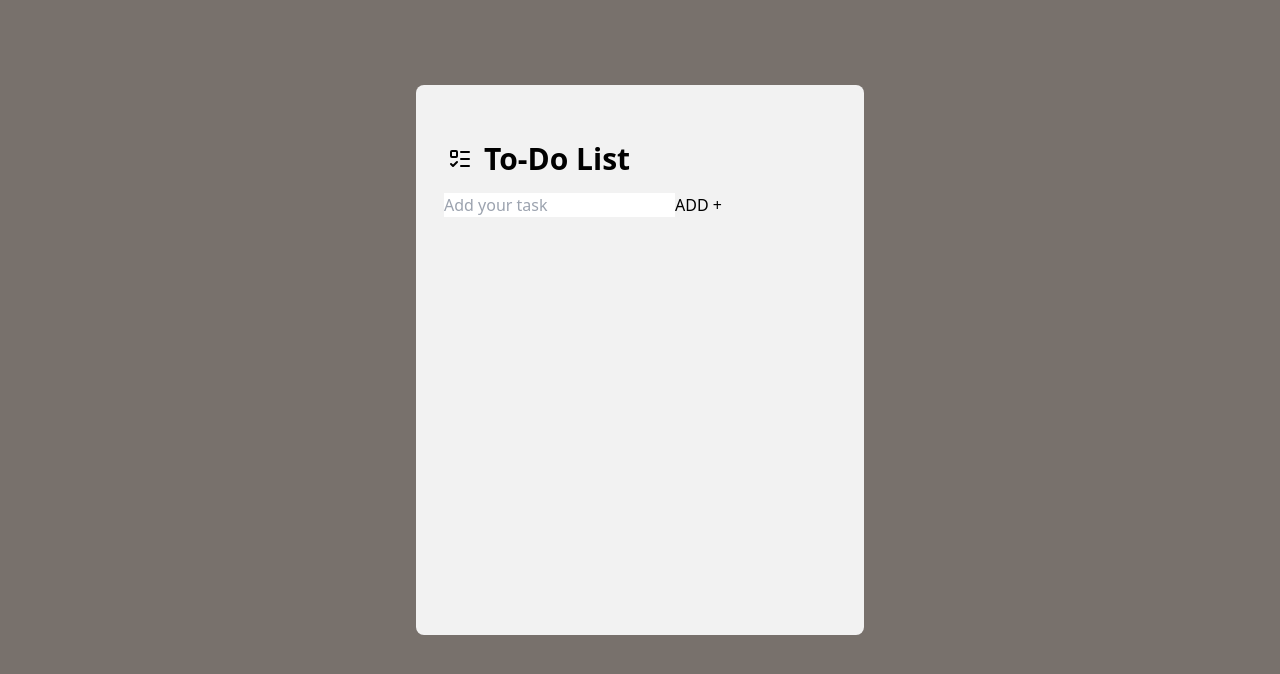
Repository: guilhermecardoso93/todolist-2025-tailwind
Page: /
These files come from the project's save history. The page is drawn as it stood at one moment and after the next save; the edit follows.
The browser window is 1280 px wide. The pictures show the whole page.
The project was rebuilt for these pictures with package versions that can differ from the ones it lists, and the page was loaded fresh each time. Also part of the build but not shown: vite.config.js.

Above is the page before, as saved 2024-11-07 20:00:22.

### index.html
<!doctype html>
<html lang="en">
  <head>
    <meta charset="UTF-8" />
    <meta name="viewport" content="width=device-width, initial-scale=1.0" />
    <title>ToDo List</title>
  </head>
  <body>
    <div id="root"></div>
    <script type="module" src="/src/main.jsx"></script>
  </body>
</html>

### src/App.jsx
import "./App.css";
import { ToDo } from "./components/ToDo";

export function App() {
  return (
    <div className="bg-stone-500 grid py-4 min-h-screen">
      <ToDo />
    </div>
  );
}

### src/components/ToDo.jsx
import { ListTodo } from "lucide-react";

export function ToDo() {
  return (
    <div className="bg-[#f2f2f2] place-self-center w-11/12 max-w-md flex flex-col p-7 min-h-[550px] rounded-lg gap-4">
      <div className="flex items-center mt-7 gap-2 flex flex-row">
        <ListTodo className="w-8" />
        <h1 className="text-3xl font-semibold">To-Do List</h1>
      </div>

      <div className="">
        <input type="text" placeholder="Add your task" />
        <button>ADD +</button>
      </div>
    </div>
  );
}

Loaded but not shown: src/main.jsx (common file); src/index.css (common file); tailwind.config.js (common file); src/App.css (no stored copy; drawn as an empty file)

After the next save:
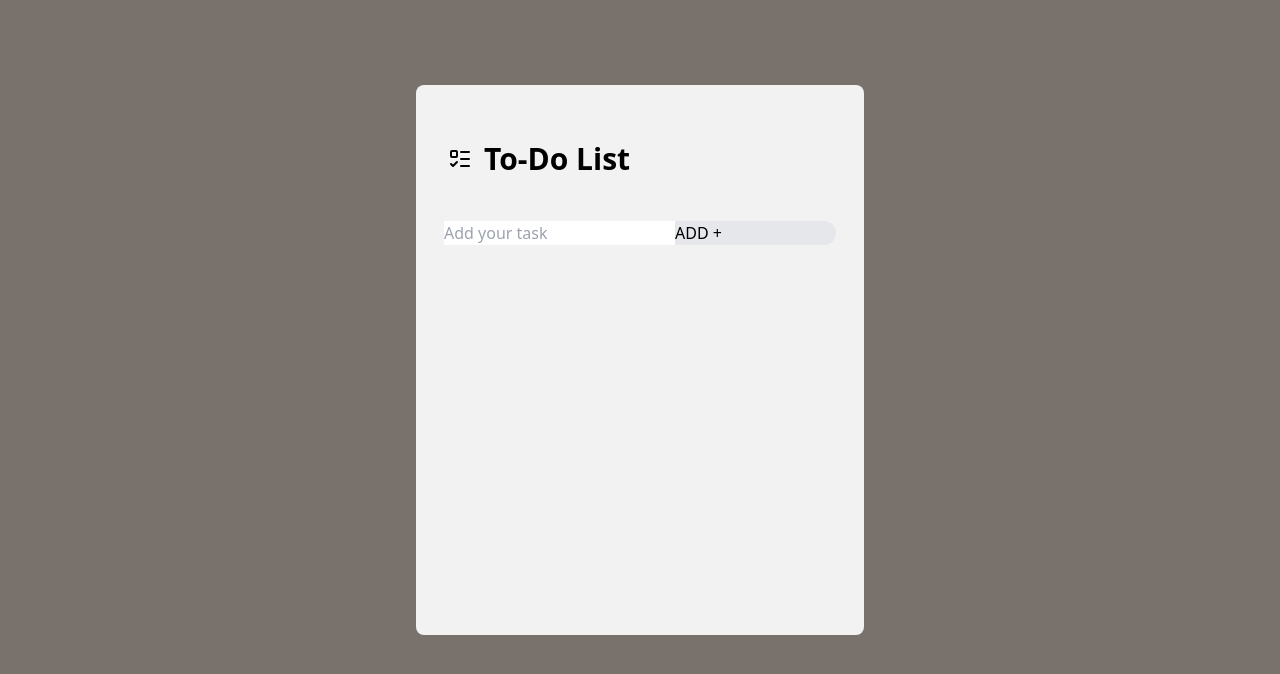
Saved 27 s later.
--- a/src/components/ToDo.jsx
+++ b/src/components/ToDo.jsx
@@ -8,7 +8,7 @@ export function ToDo() {
         <h1 className="text-3xl font-semibold">To-Do List</h1>
       </div>
 
-      <div className="">
+      <div className="flex items-center my-7 bg-gray-200 rounded-full">
         <input type="text" placeholder="Add your task" />
         <button>ADD +</button>
       </div>
